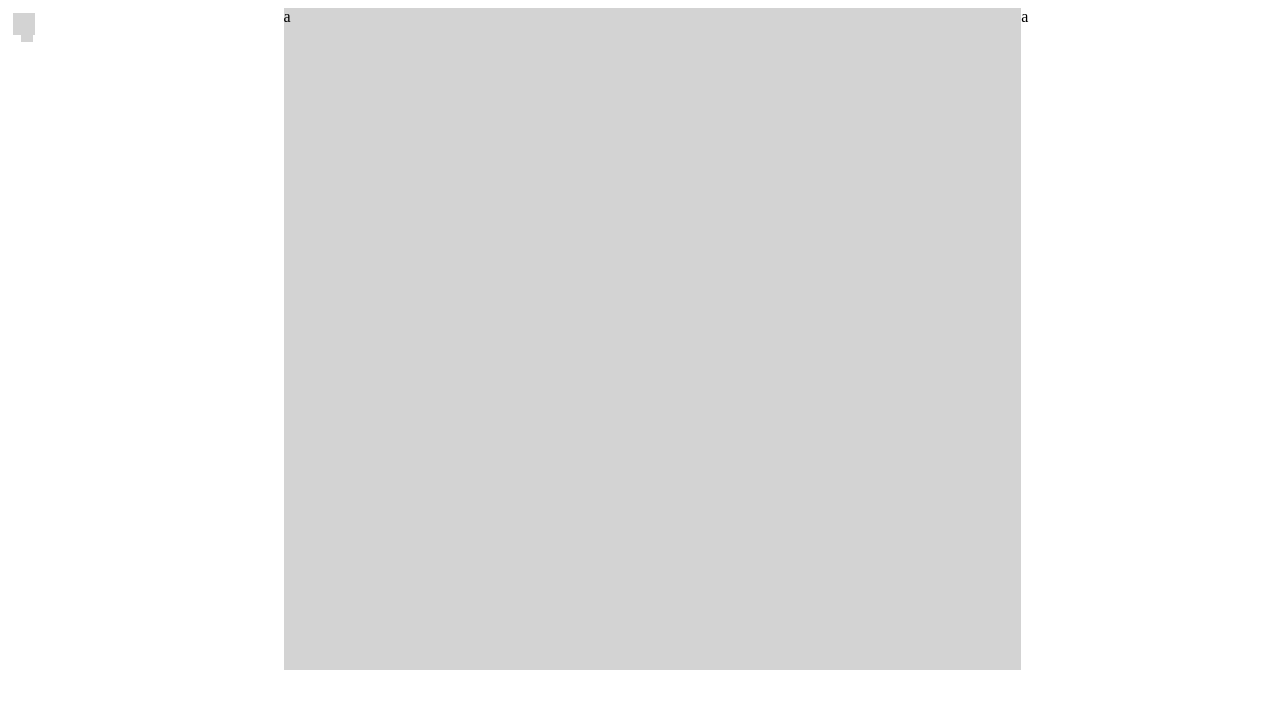
Repository: tr2cky/exercise2
Page: index.html
The author's editor kept a copy of each file at every save. The page is drawn from the files as they stood at one save, then again after the next save.
The browser window is 1280 px wide. The pictures show the whole page.

Above is the page before, as saved 2022-10-01 10:57:09.

### index.html
<!DOCTYPE html>
<html lang="en">
<head>
    <meta charset="UTF-8">
    <meta http-equiv="X-UA-Compatible" content="IE=edge">
    <meta name="viewport" content="width=device-width, initial-scale=1.0">
    <link rel="stylesheet" href="style.css">
    <title>Document</title>
</head>
<body>
    <div class="container">
        <div class="side1">

            <div class="sidec" id="a"><span class="sidec" id="b"></span></div>

            <div class="sidec" id="c"></div>
            <div class="sidec" id="d"></div>
            <div class="sidec" id="f"></div>
            <div class="sidec" id="g"></div>
            <div class="sidec" id="h"></div>
            <div class="sidec" id="j"></div>

        </div>
        <main>
a
        </main>
        <div class="side2">
                a
        </div>
    </div>
</body>
</html>

### style.css
.container {
    display: flex;
    flex-direction: row;
    height: 92vh;
}
main {
    flex-grow: 3;
    background-color: lightgray;
}
.side1 {
    flex-grow: 1;
    display: flex;
    flex-direction: column;
}
.side2 {
    flex-grow: 1;
}
.sidec {
    background-color: lightgray;
}
#a {
    border: 1px solid lightgray;
    width: 10px;
    height: 10px;
    padding: 5px;
    margin: 5px;
}
#b {
    border: 1px solid lightgray;
    width: 20px;
    height: 10px;
    padding: 5px;
    margin-left: 20%;

}

After the next save:
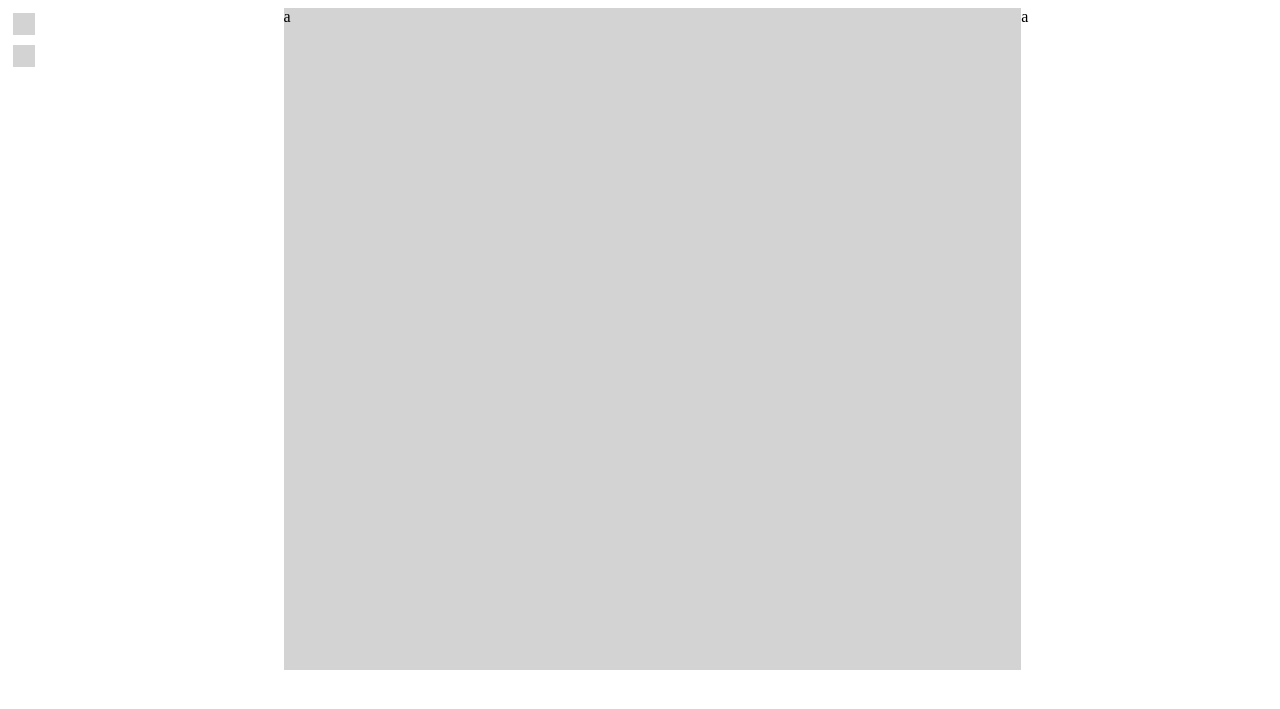
Saved 98 s later.
--- a/index.html
+++ b/index.html
@@ -11,8 +11,8 @@
     <div class="container">
         <div class="side1">
 
-            <div class="sidec" id="a"><span class="sidec" id="b"></span></div>
-
+            <div class="sidec" id="a"></div>
+            <span class="sidec" id="b"></span>
             <div class="sidec" id="c"></div>
             <div class="sidec" id="d"></div>
             <div class="sidec" id="f"></div>
--- a/style.css
+++ b/style.css
@@ -27,9 +27,9 @@ main {
 }
 #b {
     border: 1px solid lightgray;
-    width: 20px;
+    width: 10px;
     height: 10px;
     padding: 5px;
-    margin-left: 20%;
-
+    margin: 5px;
+    display: inline-flex;
 }
